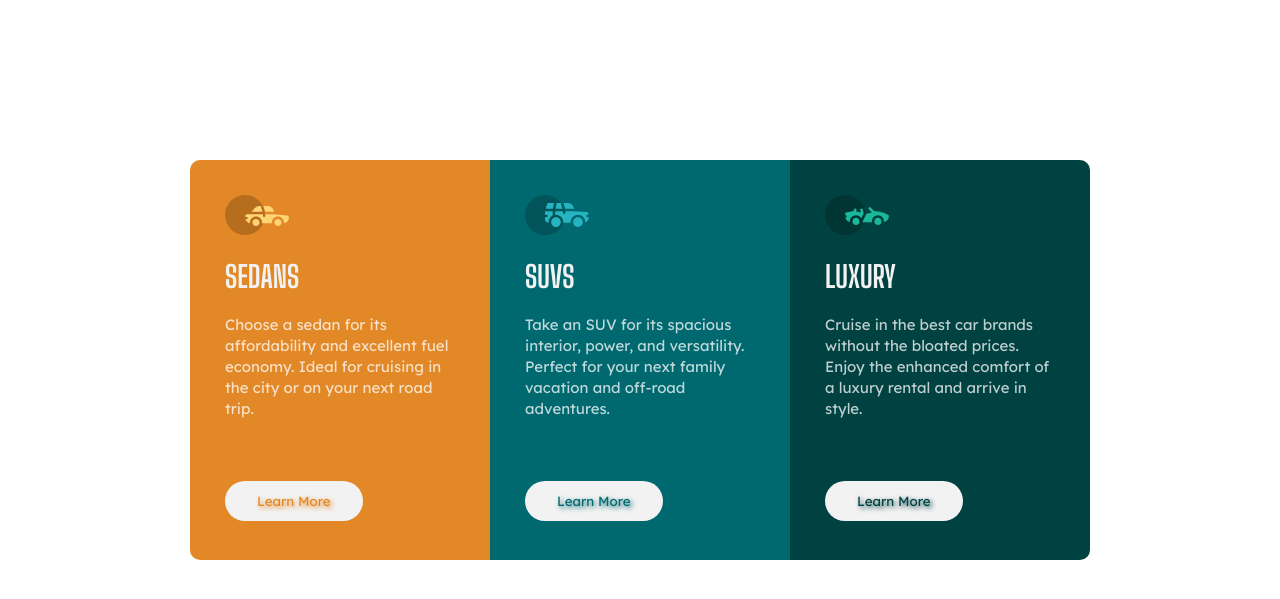
Repository: thaibaocoder1/3-column-card
Page: index.html
The author's editor kept a copy of each file at every save. The page is drawn from the files as they stood at one save, then again after the next save.
The browser window is 1280 px wide. The pictures show the whole page.

Above is the page before, as saved 2023-01-11 21:18:17.

### index.html
<!DOCTYPE html>
<html lang="en">
<head>
  <meta charset="UTF-8">
  <meta name="viewport" content="width=device-width, initial-scale=1.0">
  <link rel="icon" type="image/png" sizes="32x32" href="./images/favicon-32x32.png">
  <title>Frontend Mentor | 3-column preview card component</title>
  <link rel="preconnect" href="https://fonts.googleapis.com">
  <link rel="preconnect" href="https://fonts.gstatic.com" crossorigin>
  <link href="https://fonts.googleapis.com/css2?family=Big+Shoulders+Display:wght@700&family=Lexend+Deca&display=swap" rel="stylesheet">
  <link rel="stylesheet" href="./styles.css">
</head>
<body>

  <main class="container">
    <div class="container__box container__box--one">
      <img src="./images/icon-sedans.svg" alt="" class="container--image">
      <h1 class="container--heading">Sedans</h1>
      <p class="container--content">
        Choose a sedan for its affordability and excellent fuel economy. Ideal for cruising in the city
        or on your next road trip.
      </p>
      <button class="container--btn container--btn-one">Learn More</button>
    </div>

    <div class="container__box container__box--two">
      <img src="./images/icon-suvs.svg" alt="" class="container--image">
      <h1 class="container--heading">Suvs</h1>
      <p class="container--content">
        Take an SUV for its spacious interior, power, and versatility. Perfect for your next family vacation
        and off-road adventures.
      </p>
      <button class="container--btn container--btn-two">Learn More</button>
    </div>

    <div class="container__box container__box--three">
      <img src="./images/icon-luxury.svg" alt="" class="container--image">
      <h1 class="container--heading">Luxury</h1>
      <p class="container--content">
        Cruise in the best car brands without the bloated prices. Enjoy the enhanced comfort of a luxury
        rental and arrive in style.
      </p>
      <button class="container--btn container--btn-three">Learn More</button>
    </div>
  </main>


</body>
</html>

### styles.css
* {
    margin: 0;
    padding: 0;
    box-sizing: border-box;
}
html {
    font-size: 62.5%;
}
body {
    text-rendering: optimizeLegibility;
    scroll-behavior: smooth;
    font-family: 'Big Shoulders Display', cursive;
    font-family: 'Lexend Deca', sans-serif;
    display: flex;
    align-items: center;
    justify-content: center;
    min-height: calc(100vh - 1px);
}
:root {
    --bright-orange: hsl(31, 77%, 52%);
    --dark-cyan: hsl(184, 100%, 22%);
    --very-dark-cyan: hsl(179, 100%, 13%);
    --white-p:  hsla(0, 0%, 100%, 0.75);
    --light-gray: hsl(0, 0%, 95%);
}
.container {
    max-width: 90rem;
    height: 40rem;
    margin: 0 auto;
    display: flex;
    align-items: stretch;
    justify-content: center;
}
.container .container__box {
    padding: 3.5rem;
    max-width: 30rem;
}
.container .container__box--one {
    background-color: var(--bright-orange);
    border-radius: 1rem 0 0 1rem;
}
.container .container__box--two {
    background-color: var(--dark-cyan);
}
.container .container__box--three {
    background-color: var(--very-dark-cyan);
    border-radius: 0 1rem 1rem 0;
}
.container__box .container--heading {
    color: var(--light-gray);
    font-family: 'Big Shoulders Display', cursive;
    text-transform: uppercase;
    font-size: 3rem;
    margin: 2rem 0;
    font-weight: 500;
}
.container__box .container--content {
    color: var(--white-p);
    margin-bottom: 6.2rem;
    font-size: 1.5rem;
    line-height: 1.4;
}
.container__box .container--btn {
    padding: 1.2rem 3.2rem;
    border: none;
    border-radius: 2rem;
    background-color: var(--light-gray);
    cursor: pointer;
    transition: all 0.25s linear;
}
.container__box .container--btn-one {
    color: var(--bright-orange);
    font-family: 'Lexend Deca', sans-serif;
    font-weight: 500;
    text-shadow: 2px 2px 5px var(--bright-orange);
}
.container__box .container--btn-two {
    color: var(--dark-cyan);
    font-family: 'Lexend Deca', sans-serif;
    font-weight: 500;
    text-shadow: 2px 2px 5px var(--dark-cyan);
}
.container__box .container--btn-three {
    color: var(--very-dark-cyan);
    font-family: 'Lexend Deca', sans-serif;
    font-weight: 500;
    text-shadow: 2px 2px 5px var(--very-dark-cyan);
}
.container__box .container--btn:hover {
    background-color: transparent;
    color: #fff;
}

After the next save:
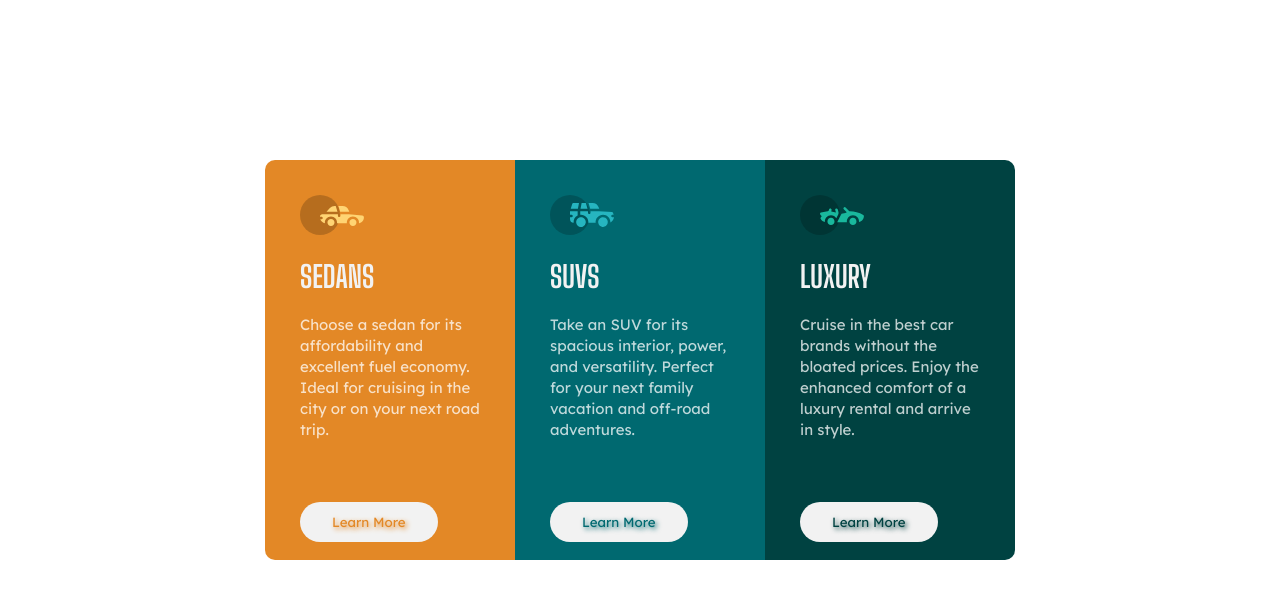
Saved 5 s later.
--- a/styles.css
+++ b/styles.css
@@ -33,7 +33,7 @@
 }
 .container .container__box {
     padding: 3.5rem;
-    max-width: 30rem;
+    max-width: 25rem;
 }
 .container .container__box--one {
     background-color: var(--bright-orange);
